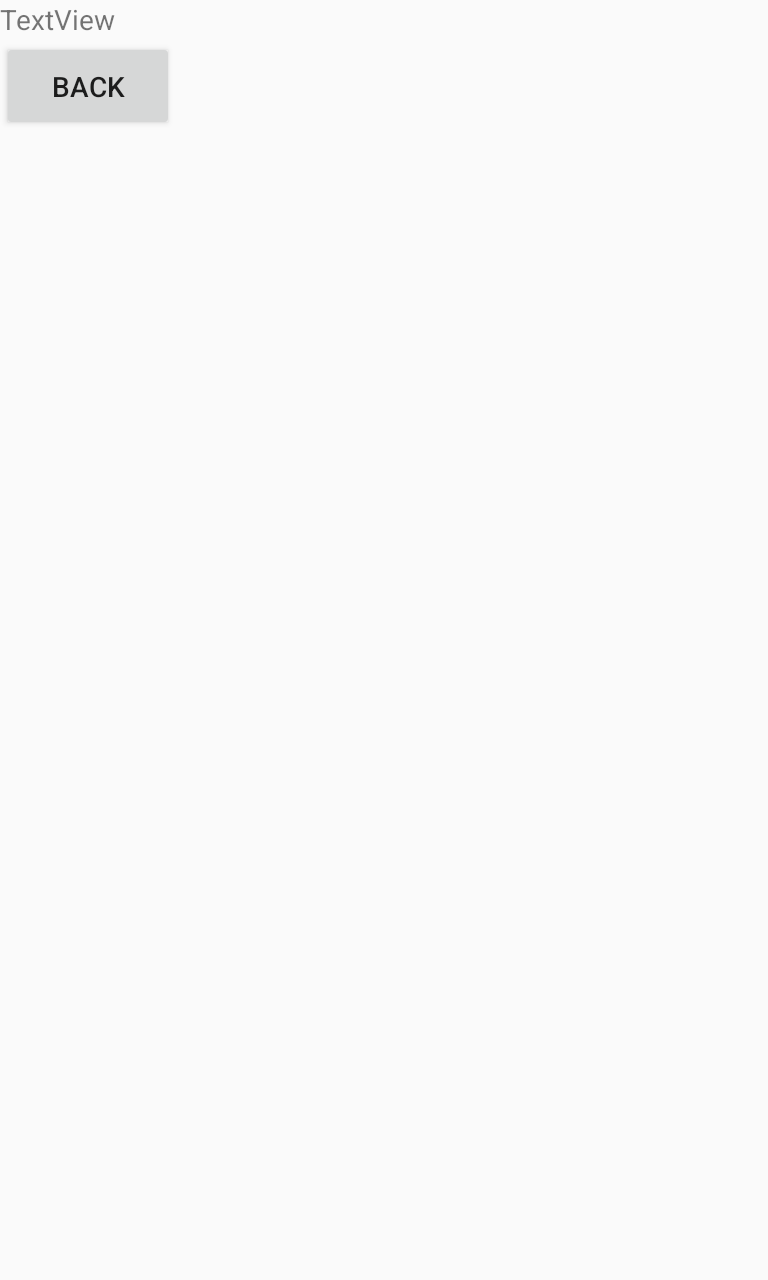
Repository: shivamgeek/Android-Code-Examples
Layout: fragment/res/layout/longfrag.xml
These files come from the project's save history. The layout is drawn as it stood at one moment and after the next save; the edit follows.
It is drawn on a 768 x 1280 px phone screen (xhdpi) without system bars, with theme AppTheme; the app's code is not run.

Above is the layout before, as saved 2015-08-05 16:46:00.

After the next save:
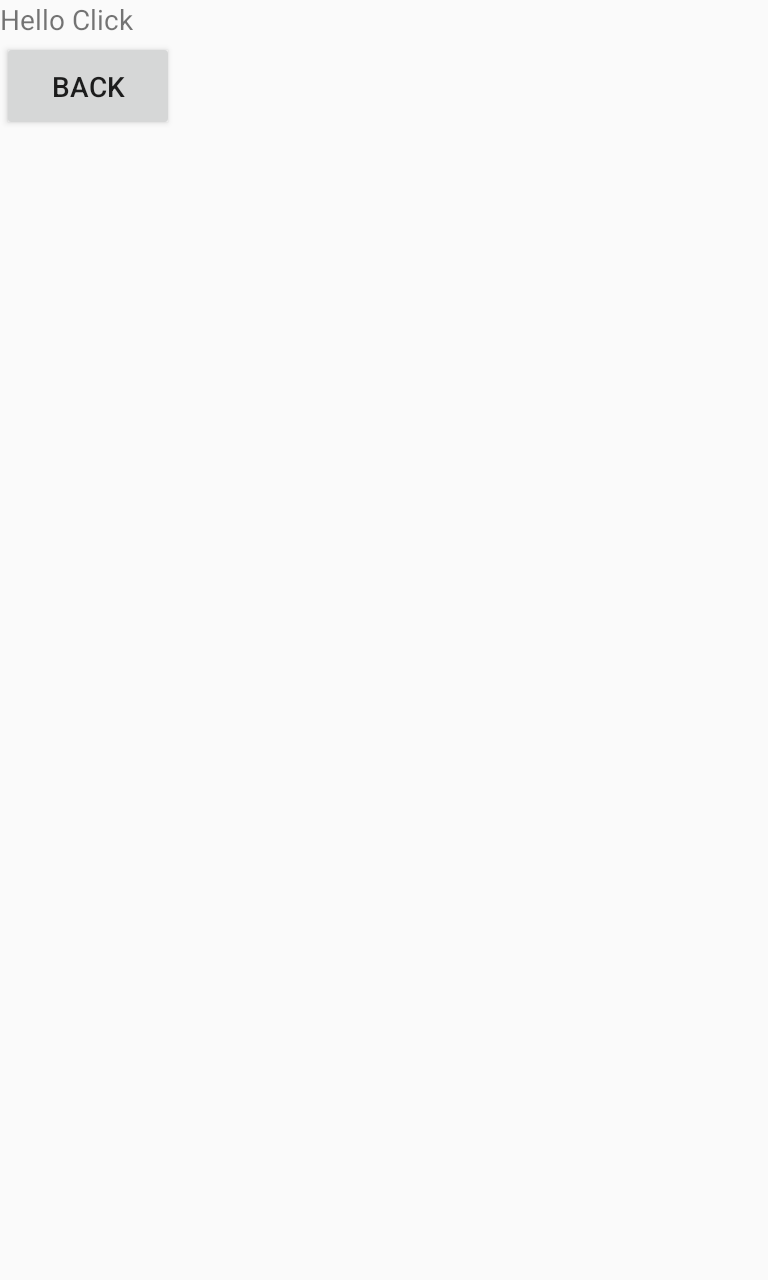
Saved 10 s later.
--- a/fragment/res/layout/longfrag.xml
+++ b/fragment/res/layout/longfrag.xml
@@ -8,7 +8,7 @@
         android:id="@+id/textView1"
         android:layout_width="wrap_content"
         android:layout_height="wrap_content"
-        android:text="TextView" />
+        android:text="Hello Click" />
 
     <Button
         android:id="@+id/button1"
